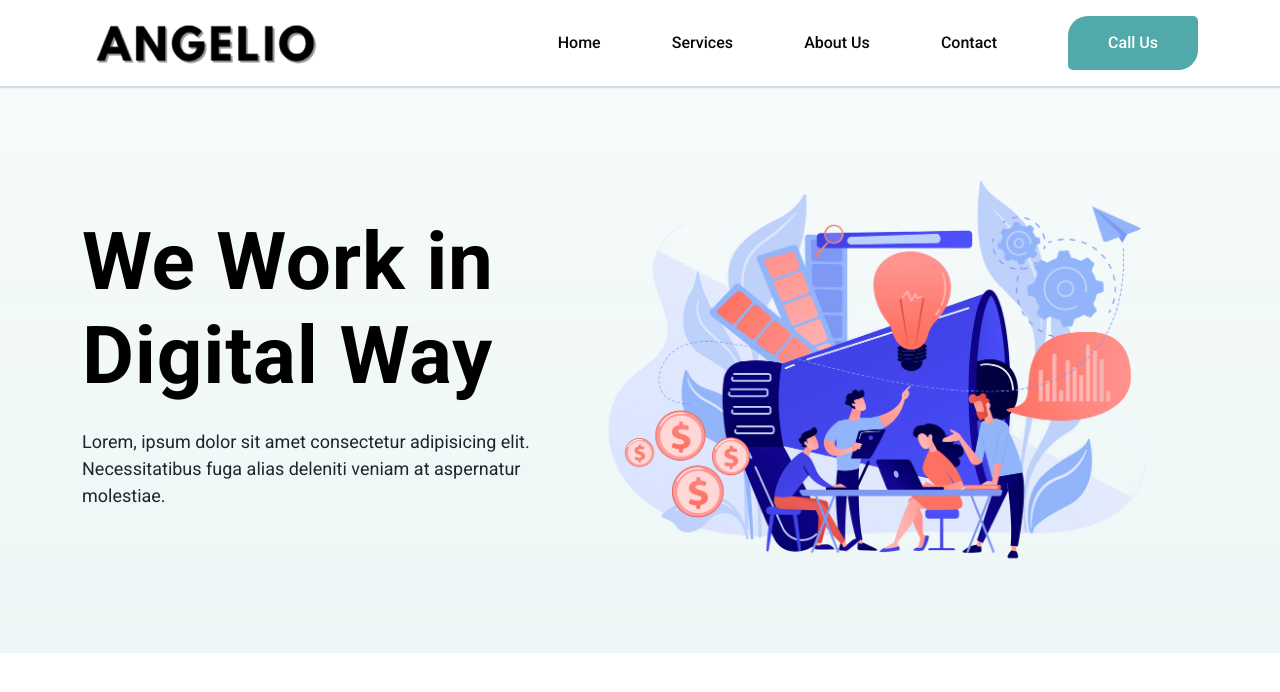
Repository: nazmulalok/landing-page-angelio
Page: index.html
The author's editor kept a copy of each file at every save. The page is drawn from the files as they stood at one save, then again after the next save.
The browser window is 1280 px wide. The pictures show the whole page.

Above is the page before, as saved 2022-09-04 16:44:19.

After the next save:
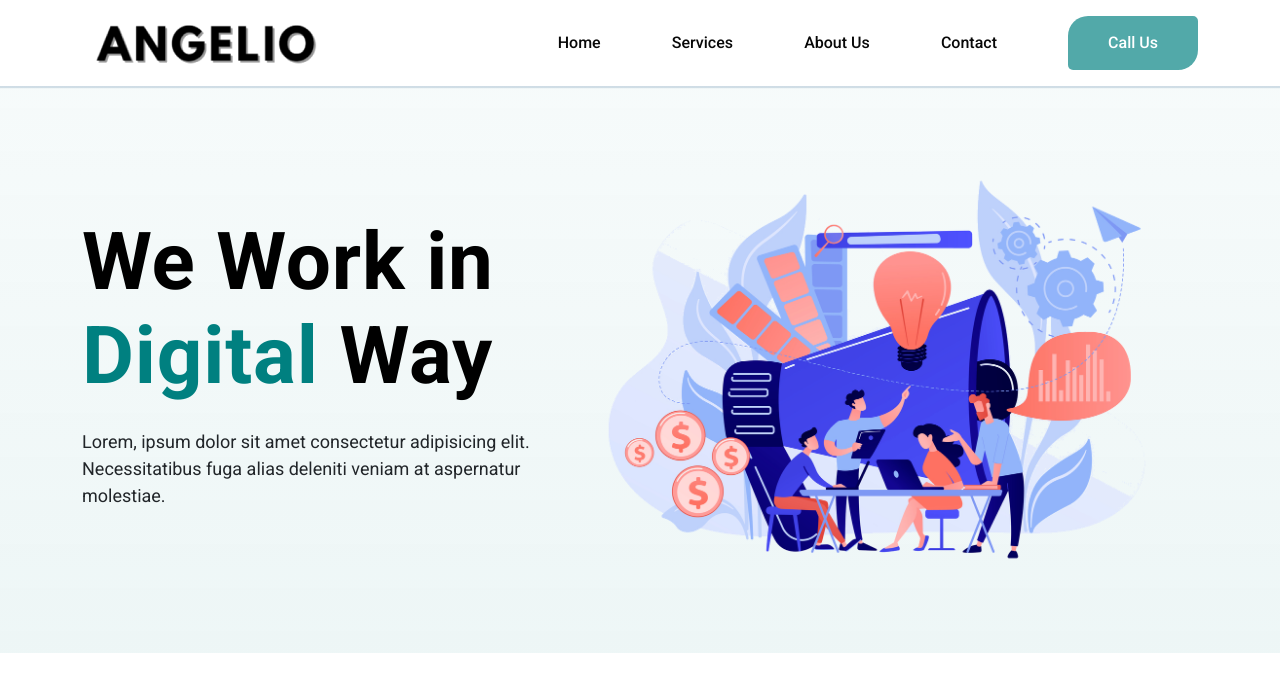
Saved 35 s later.
--- a/style.css
+++ b/style.css
@@ -107,3 +107,7 @@ nav ul li a:hover::before {
 .banner-sec p {
     font-size: 18px;
 }
+
+.blue-text {
+    color: #008080;
+}
